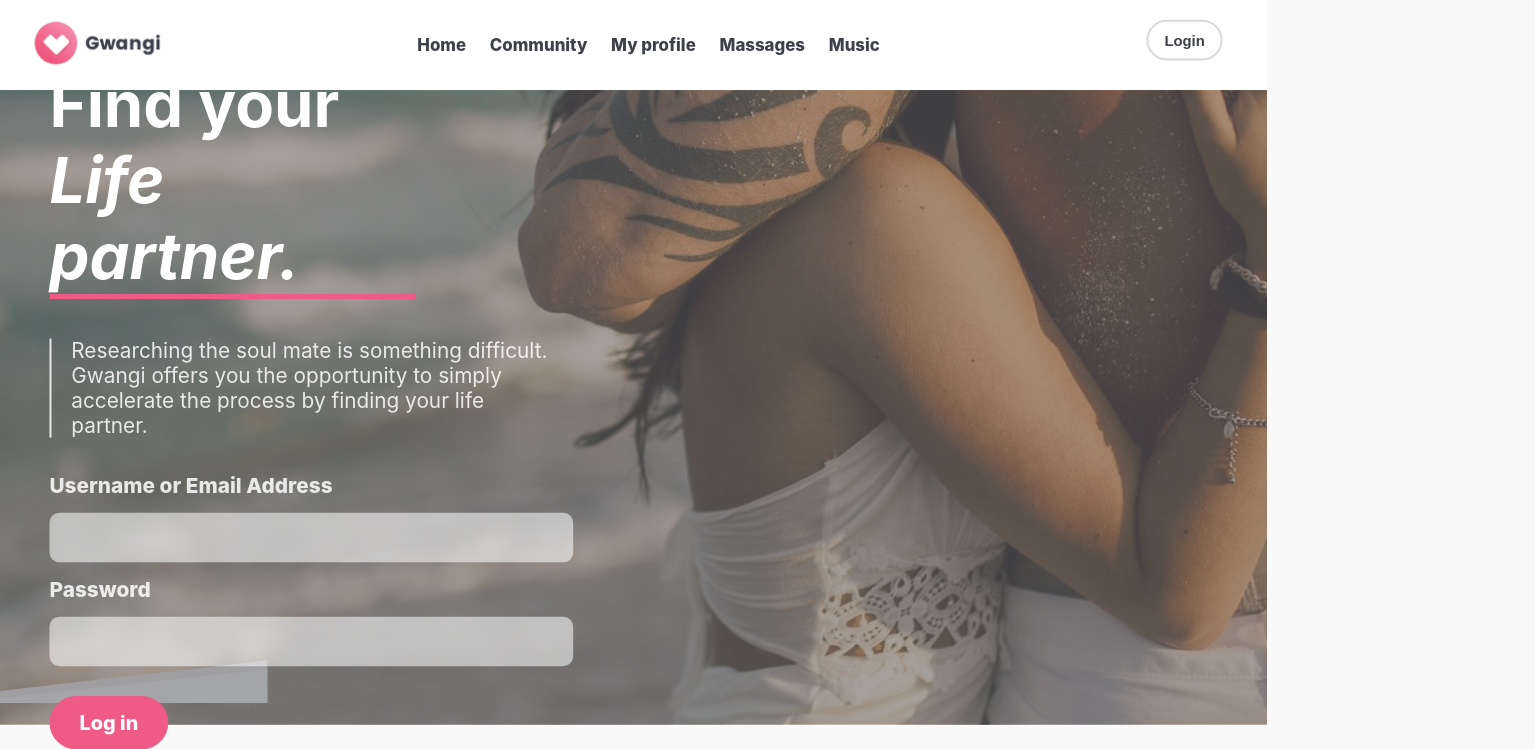
Repository: ShokunLiubov/Soc-Network-React
Page: /login
The author's editor kept a copy of each file at every save. The page is drawn from the files as they stood at one save, then again after the next save.
The browser window is 1280 px wide. The page is 1280 px wide, then 1550 px, then 1280 px, so the pictures cover 1550 px, including what lies to the right of the window. The pictures show the whole page, at 99% of full size.
The project was rebuilt for these pictures with package versions that can differ from the ones it lists, and the page was loaded fresh each time. Also part of the build but not shown: src/components/common/Paginator/Paginator.module.css, src/components/common/Paginator/Paginator.jsx, src/components/Community/Community.module.css, src/components/Community/Friend/Friend.jsx, src/components/Community/Community.jsx, src/components/common/Preloader/Preloader.jsx, src/components/Community/CommunityContainer.jsx, src/components/Dialogs/Dialogs.module.css and 14 more.

Above is the page before, as saved 2022-08-24 18:28:09.

After the next save:
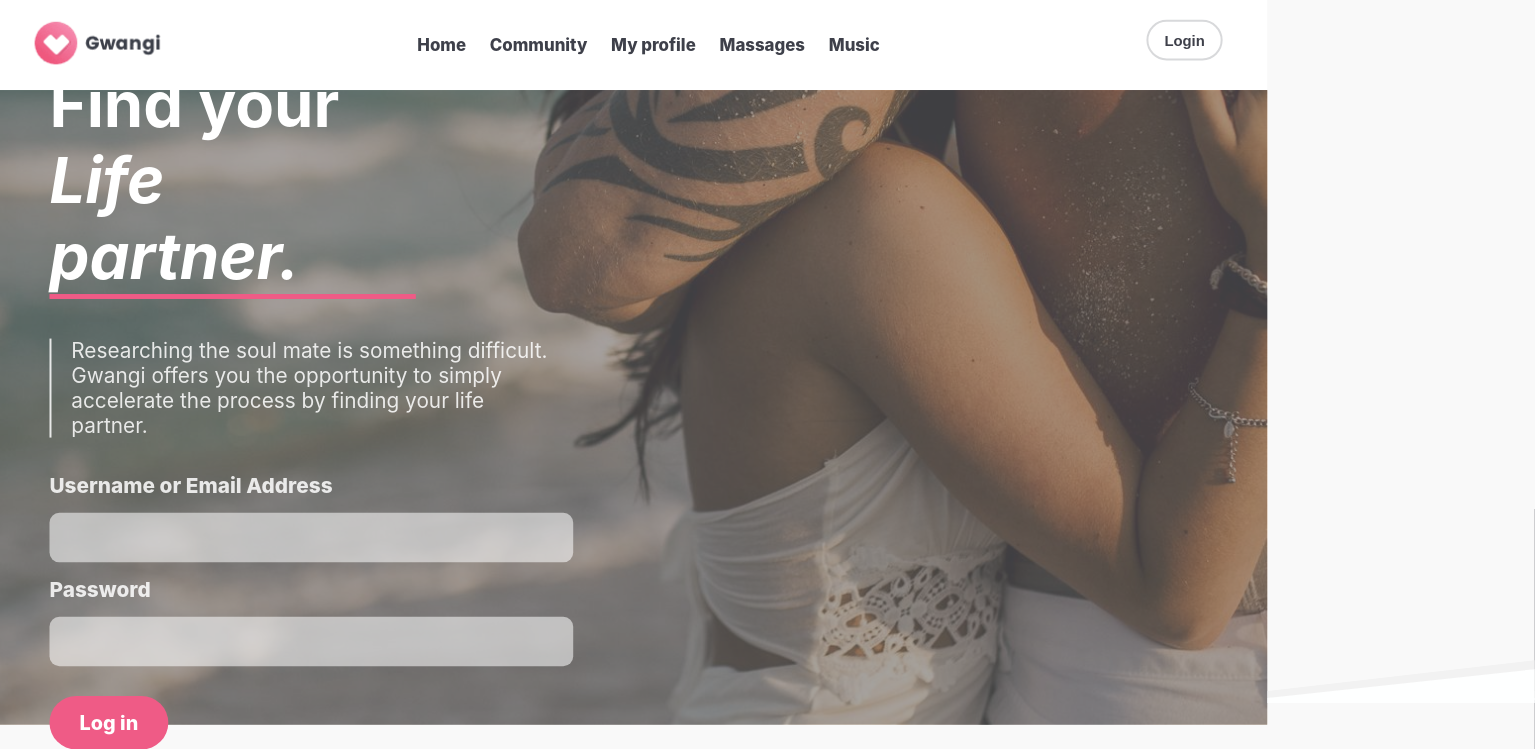
Saved 49 s later.
--- a/src/components/Auth/Registration/Registration.jsx
+++ b/src/components/Auth/Registration/Registration.jsx
@@ -23,9 +23,10 @@
 
                 </form>
             </div>
-
-            <div className={styles.decorationGrey}></div>
-            <div className={styles.decorationWhite}></div>
+            <div className={styles.decoration}>
+                <div className={styles.decorationGrey}></div>
+                <div className={styles.decorationWhite}></div>
+            </div>
 
         </div>
     )

After the 3 saves that followed:
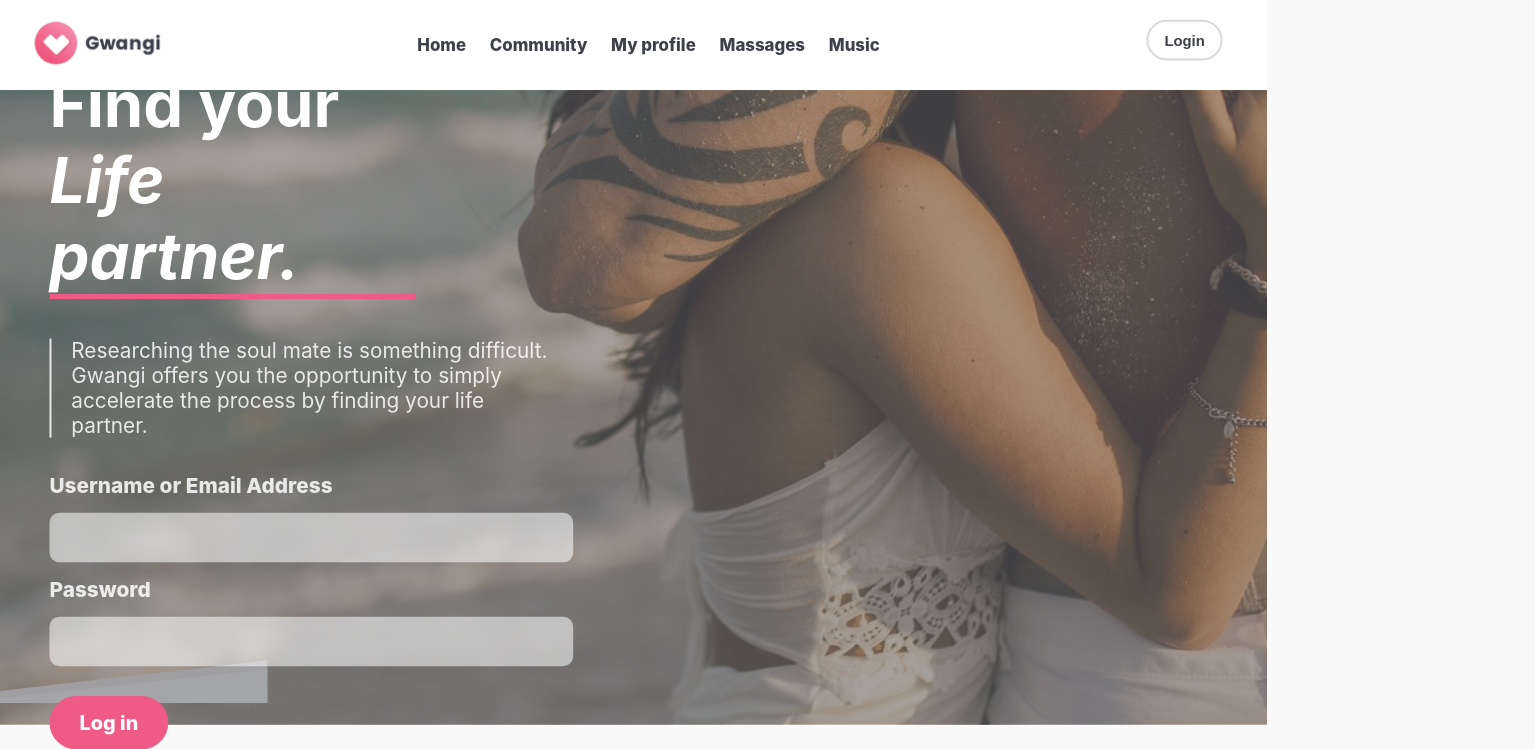
The 3 saves are shown as one change because 2 left the picture as it was.
The last was saved 83 s later.
--- a/src/components/Auth/Registration/Registration.jsx
+++ b/src/components/Auth/Registration/Registration.jsx
@@ -23,10 +23,10 @@
 
                 </form>
             </div>
-            <div className={styles.decoration}>
+            {/* <div className={styles.decoration}> */}
                 <div className={styles.decorationGrey}></div>
                 <div className={styles.decorationWhite}></div>
-            </div>
+            {/* </div> */}
 
         </div>
     )
